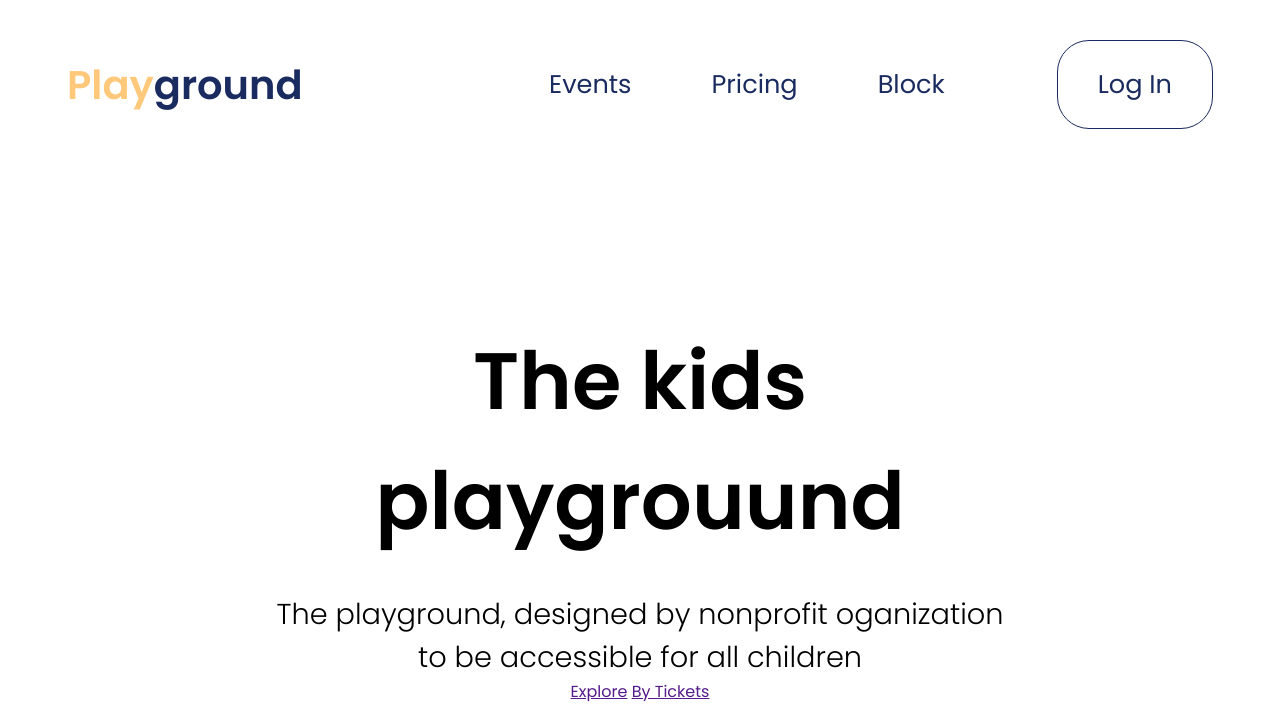
Repository: tuanpham-aptech/front-end
Page: psdtohtml/playgroud/index.html
These files come from the project's save history. The page is drawn as it stood at one moment and after a run of saves; the edit follows.
The browser window is 1280 px wide. The pictures show the whole page.
Some web libraries are served in a nearby version.

Above is the page before, as saved 2021-10-13 17:52:42.

After the next 2 saves:
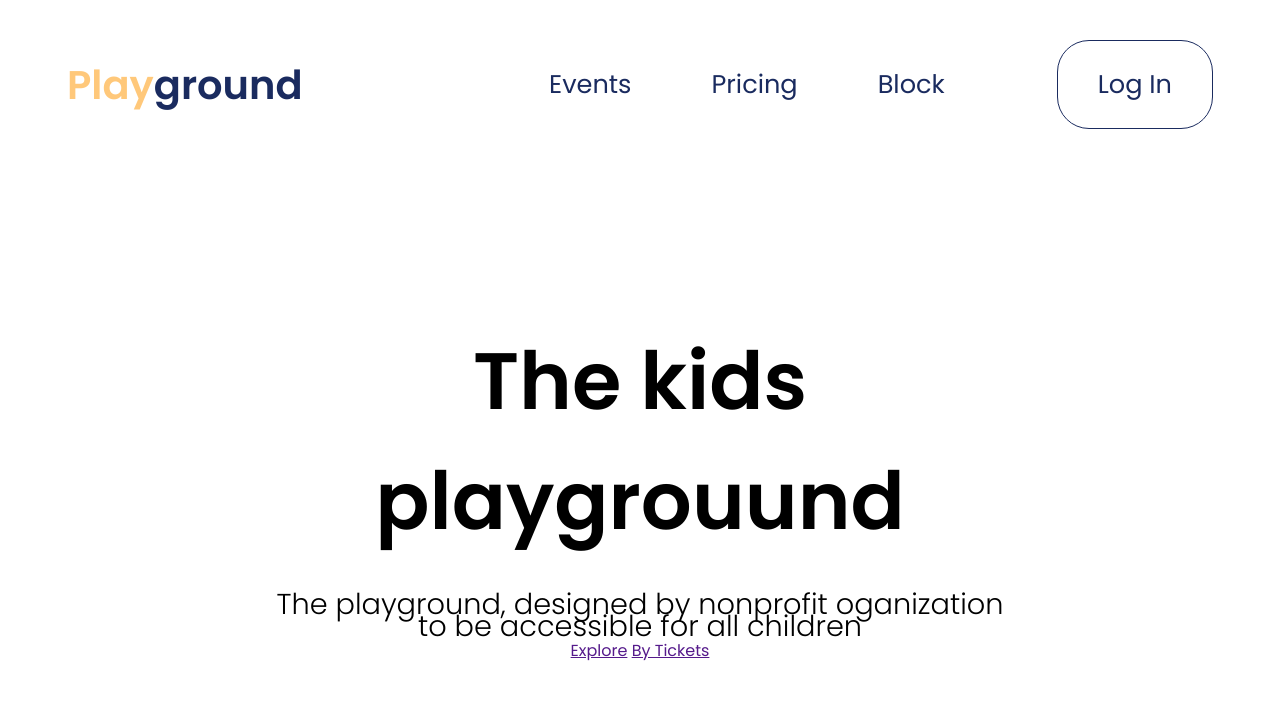
The 2 saves are shown as one change because they came seconds apart.
The last was saved 3 min 43 s later.
--- a/psdtohtml/playgroud/assets/css/style.css
+++ b/psdtohtml/playgroud/assets/css/style.css
@@ -92,4 +92,5 @@
 .banner__desc {
     font-size: 1.8rem;
     font-weight: 300;
+    line-height: 1.4rem;
 }
